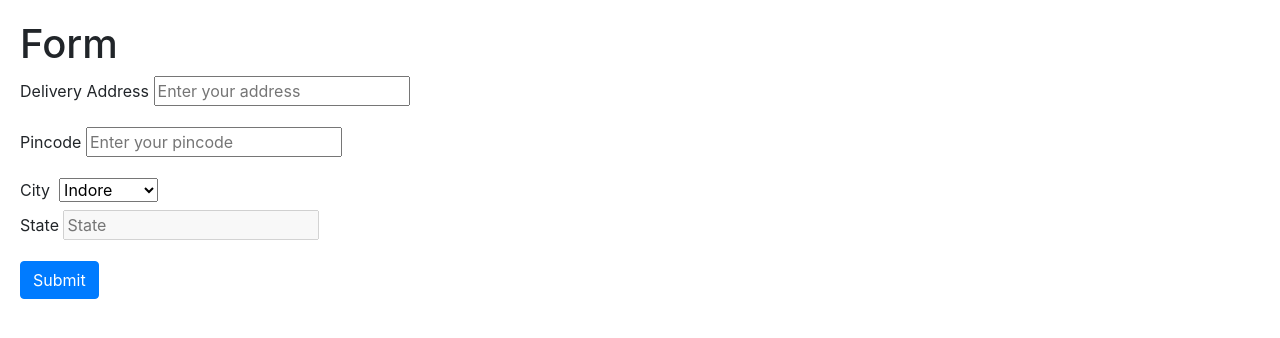
Repository: piyushj81/ComputerShop
Page: http://localhost/computershop/shopnowform.jsp
These files come from the project's save history. The page is drawn as it stood at one moment and after the next save; the edit follows.
The browser window is 1280 px wide. The pictures show the whole page.
The page is served by Tomcat 9.

Above is the page before, as saved 2021-10-11 06:32:40.

After the next save:
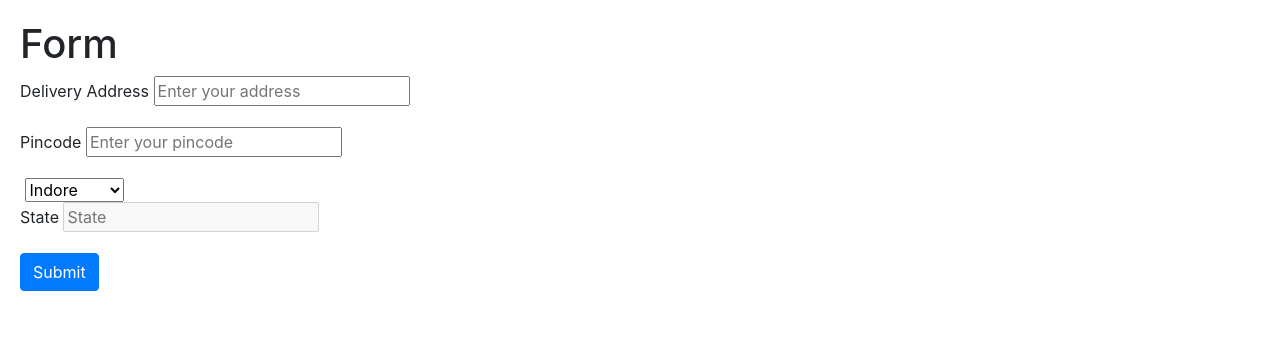
Saved 14 s later.
--- a/computershop/WebContent/shopnowform.jsp
+++ b/computershop/WebContent/shopnowform.jsp
@@ -31,7 +31,7 @@
 
    <input type="text" class="pincode" id="pincode"  placeholder="Enter your pincode" autocomplete="pin" required > </div>
    <div class="form-group">
-    <label for="exampleInputEmail1">City</label>
+
 <label for="City"></label>
 <select id="city" name="City" class="city">
   <option value="indore">Indore</option>
